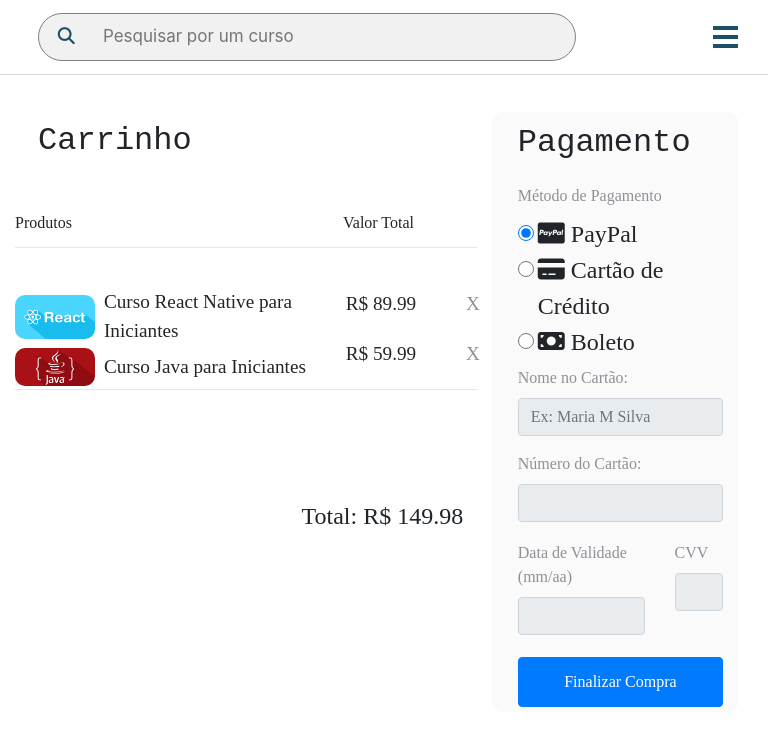
Repository: dudualtmann/Wissen
Page: Projeto Final2/WebContent/checkout.html
The author's editor kept a copy of each file at every save. The page is drawn from the files as they stood at one save, then again after the next save.
The browser window is 768 px wide. The pictures show the whole page.
Some web fonts or font styles are not loaded; a fallback is used. Some web libraries are served in a nearby version.

Above is the page before, as saved 2021-01-30 06:57:09.

### Projeto Final2/WebContent/checkout.html
<!doctype html>
<html lang="pt-br">
  <head>
    <title>Wissen | Checkout</title>
    <!-- Required meta tags -->
    <meta charset="ISO-8859-1">
    <meta name="viewport" content="width=device-width, initial-scale=1, shrink-to-fit=no">
    <link href="https://fonts.googleapis.com/css2?family=Bree+Serif&display=swap" rel="stylesheet">
    <link href="https://fonts.googleapis.com/css2?family=Big+Shoulders+Inline+Display:wght@600&display=swap" rel="stylesheet">
    <link rel="preconnect" href="https://fonts.gstatic.com">
    <link href="https://fonts.googleapis.com/css2?family=Major+Mono+Display&display=swap" rel="stylesheet">
    <link rel="stylesheet" href="css/style.css">
    <link rel="stylesheet" href="css/checkout.css">
    <script src="https://kit.fontawesome.com/b1b1442df1.js" crossorigin="anonymous"></script>
    <!-- Bootstrap CSS -->
    <link rel="stylesheet" href="https://stackpath.bootstrapcdn.com/bootstrap/4.3.1/css/bootstrap.min.css" integrity="sha384-ggOyR0iXCbMQv3Xipma34MD+dH/1fQ784/j6cY/iJTQUOhcWr7x9JvoRxT2MZw1T" crossorigin="anonymous">
  </head>
  <body>

    <header class="header-wissen">
        <nav class="menu-topo-wissen row">
        <div class="wis-menu col-sm-2">
            <a class="logo-wissen-a" href="index.html" title="Wissen - A Plataforma do Conhecimento">
                <img class="logo-wissen" src="images/labelwissen.png" alt="WISSEN">
            </a>
        </div>

        <nav class="menu-itens col-sm-6">
            <span class="nav-item"><a href="#">Categorias</a></span>
            <span class="span-search">
                <input type="text" placeholder="Pesquisar por um curso">
                <button type="submit"><i class="fa fa-search"></i></button>
            </span>
        </nav>

        <div class="login-box col-sm-4 pr-5">
            <a class="btn-cart" href="#" role="button" ><i class="fas fa-shopping-cart"></i></a>
            <a class="btn-heart" href="#" role="button" ><i class="fas fa-heart"></i></a>
            <a class="btn-cursos" href="#" role="button" >Meus Cursos</a>
            <a href="#"><i class="fas fa-user link-login-wissen login-svg" ></i></a>
        </div>
    </nav>
    <!-- Mobile -->
    <nav class="nav-mobile">


        <span class="span-search">
            <input type="text" placeholder="Pesquisar por um curso">
            <button type="submit"><i class="fa fa-search"></i></button>
        </span>



        <div class="burger">
            <div class="line1"></div>
            <div class="line2"></div>
            <div class="line3"></div>
        </div>

        <ul class="nav-links">
            <li class="nav-li1"><a href="#">Categorias</a></li>
            <li ><a class="btn-cart" href="#" role="button" ><i class="fas fa-shopping-cart"></i></a></li>
            <li ><a class="btn-heart" href="#" role="button" ><i class="fas fa-heart"></i></a></li>
            <li ><a class="btn-cursos" href="#" role="button" >Meus Cursos</a></li>
            <li><a href="#"><i class="fas fa-user link-login-wissen login-svg"></i></a></li>
            <li><a class="logo-wissen-a" href="home.html" title="Wissen - A Plataforma do Conhecimento">
                <img class="logo-wissen" src="images/labelwissen.png" alt="WISSEN">
            </a></li>
        </ul>
    </nav>
    </header>

    <main class="container-fluid">
        <form action="SvCadastroPedido" method="POST">
            <input type="hidden" name="id_cursos" id="id_cursos" value="">
            <input type="hidden" name="total-price" id="total-price" value="">

        <section class="row main-section">

        <div class="col-md-8 left-col">
            <p class="p-title">Carrinho</p>
            <div class="divider">
                <div class="div-products">
                    <div class="row labels">
                        <p class="col-md-8">Produtos</p>
                        <p class="col-md-4">Valor Total</p>
                    </div>
                    <hr>

                    <div class="courses row align-items-center">
                        <div class="col-md-8 item">
                            <img src="images/react.png" alt="">
                            <div class="p-text">Curso React Native para Iniciantes</div>
                        </div>
                        <div class="col-md-3">
                            <div class="p-text">R$ 89.99</div>
                        </div>
                        <div class="col-md-1"><button class="btn-x">X</button></div>
                        <input type="hidden" class="id-curso" value="2">
                    </div>

                    <div class="courses row align-items-center">
                        <div class="col-md-8 item">
                            <img src="images/java.png" alt="">
                            <div class="p-text">Curso Java para Iniciantes</div>
                        </div>
                        <div class="col-md-3">
                            <div class="p-text">R$ 59.99</div>
                        </div>
                        <div class="col-md-1"><button class="btn-x">X</button></div>
                        <input type="hidden" class="id-curso" value="1">
                    </div>

                    <hr>
                    <div class="total">
                        <p class="total-price">Total: R$ <span id="preco-total">149.98</span></p>
                    </div>

                </div>
            </div>
        </div>

        <div class="col-md-4 right-col">
            <p class="p-title">Pagamento</p>
            <div class="div-checkout">
                <label class="l-text">Método de Pagamento</label>
                <div class="form-check">
                    <label class="form-check-label">
                    <input type="radio" class="form-check-input" name="payment-method" id="" value="PayPal" checked>
                    <i class="fab fa-cc-paypal"></i> PayPal
                  </label>
                </div>
                <div class="form-check">
                    <label class="form-check-label">
                    <input type="radio" class="form-check-input" name="payment-method" id="" value="Cartão de Crédito">
                    <i class="fas fa-credit-card"></i> Cartão de Crédito
                  </label>
                </div>
                <div class="form-check">
                    <label class="form-check-label">
                    <input type="radio" class="form-check-input" name="payment-method" id="" value="Boleto">
                    <i class="fas fa-money-bill"></i> Boleto
                  </label>

                </div>
                <div class="form-group first-input">
                    <label class="l-text">Nome no Cartão:</label>
                    <input type="text"
                      class="form-control" name="name" id="" aria-describedby="helpId" placeholder="Ex: Maria M Silva" disabled>
                </div>
                <div class="form-group">
                    <label class="l-text">Número do Cartão:</label>
                    <input type="text"
                      class="form-control" name="name" id="" aria-describedby="helpId" placeholder="" disabled>
                </div>

                <div class="row">
                  <div class="form-group col-md-8">
                    <label class="l-text">Data de Validade (mm/aa)</label>
                    <input type="text"
                        class="form-control" name="" id="" aria-describedby="helpId" placeholder="" disabled>
                  </div>
                  <div class="form-group col-md-4">
                    <label class="l-text">CVV</label>
                    <input type="number"
                        class="form-control" name="" id="" aria-describedby="helpId" placeholder="" disabled>
                  </div>
                </div>

                <input name="" id="" class="btn btn-primary btn-finalizar" type="submit" value="Finalizar Compra">
            </div>
        </div>

    </section>
    </form>
    </main>





    <!-- Optional JavaScript -->

    <script src="https://ajax.googleapis.com/ajax/libs/jquery/3.5.1/jquery.min.js"></script>


    <!-- jQuery first, then Popper.js, then Bootstrap JS -->
    <script src="https://code.jquery.com/jquery-3.3.1.slim.min.js" integrity="sha384-q8i/X+965DzO0rT7abK41JStQIAqVgRVzpbzo5smXKp4YfRvH+8abtTE1Pi6jizo" crossorigin="anonymous"></script>
    <script src="https://cdnjs.cloudflare.com/ajax/libs/popper.js/1.14.7/umd/popper.min.js" integrity="sha384-UO2eT0CpHqdSJQ6hJty5KVphtPhzWj9WO1clHTMGa3JDZwrnQq4sF86dIHNDz0W1" crossorigin="anonymous"></script>
    <script src="https://stackpath.bootstrapcdn.com/bootstrap/4.3.1/js/bootstrap.min.js" integrity="sha384-JjSmVgyd0p3pXB1rRibZUAYoIIy6OrQ6VrjIEaFf/nJGzIxFDsf4x0xIM+B07jRM" crossorigin="anonymous"></script>
    <script src="js/nav.js"></script>
    <script src="js/checkout.js"></script>

  </body>
</html>

### Projeto Final2/WebContent/css/style.css
/* style.css */

/* --- Header ---- */

.menu-topo-wissen{
    width: 100%;
}

.logo-wissen{
    margin-left: 25px;
    width: 170px;
}

.header-wissen{
    height: 75px;
    position: fixed;
    top: 0;
    z-index: 120;
    background-color: #fff;
    width: 100%;
    display: flex;
    align-items: center;
    padding: 0;
    border-bottom: 1px solid #dadada;
    box-sizing: border-box;
}

.login-box{
    display: flex;
    flex: 0 0 auto;
    align-items: center;
    justify-content: flex-end;
}

.login-svg{
    width: 30px;
}

.btn-cadastrar{
    background: #D9E7EE;
    right: 25px;
    color: #1F4F66;
    top: 18px;
    padding: 13px 20px;
    border-radius: 26px;
    font-weight: 600;
    margin-right: 10px;
    cursor: pointer;
    text-decoration: none;
}

.menu-itens{
    display: flex;
    justify-content: flex-start;
    align-items: center;
    font-family: 'Bree Serif', serif;
}

.menu-itens span a{
    text-decoration: none;
    color: #1F4F66;
    font-size: 1.4rem;
}

.menu-itens span a:hover{
    color: #1f50669a;
}

.nav-item{
    margin-left: 5%;
}

.burger{
    display: none;
}

.burger div{
    width: 25px;
    height: 4px;
    background-color:  #1F4F66;
    margin: 5px;
}

.nav-links{
    font-family: 'Bree Serif', serif;
    list-style: none;
    color: #1F4F66;
    font-size: 1.4rem;
    display: none;
}

.nav-links a{
    color: #1F4F66;
    text-decoration: none;
}

.nav-links a:hover{
    color: #1f50669a;
    text-decoration: none;
}

.nav-mobile{
    display: none;
}

/* CSS da NAV de quanto está logado */

.btn-cart{
    color: #1F4F66;
    font-size: 25px;
    padding: 13px 20px;

}

.btn-heart{
    color: #1F4F66;
    font-size: 25px;
    padding: 13px 20px;
    border-radius: 26px;
    margin-right: 20px;
}

.login-box a:hover{
    color:  #1f50669a;
}

.span-search {
    border: 1px solid grey;
    background: #f1f1f1;
    border-radius: 25px;
    width: 100%;
    margin-left: 5%;
}

.span-search input{
    padding: 10px;
    font-size: 17px;
    border: none;
    width: 90%;
    background: transparent;
    outline: none;
}

.span-search button {
    width: 10%;
    padding: 10px;
    float: left;
    background-color: transparent;
    border: none;
    text-decoration: none;
    color: #1F4F66;
    font-size: 17px;
    border-left: none; /* Prevent double borders */
    cursor: pointer;
}

.btn-cursos{
    font-family: 'Bree Serif', serif;
    text-decoration: none;
    color: #1F4F66;
    font-size: 1.4rem;
    margin-right: 5%;
}

.btn-cursos:hover{
    text-decoration: none;
    color:  #1f50669a;
}

.login-svg{
    color: #1F4F66; font-size: 30px;

}

.cart-number{
    position: absolute;
    text-align: center;
    font-family: 'Bree Serif', serif;
    top: 15px;
    right: 327px;
    background-color: red;
    width: 20px;
    border-radius: 80%;
}

/* Footer */

.footer-wissen{
    width: 100vw;
    background-color: rgb(241, 241, 241);
}

.footer-slogan h1{
    color: black;
    font-family: 'Bree Serif', serif;
    font-size: 24px;
    font-weight: 600;
    line-height: 1.88;
}

.copyright p{
    color:  rgba(121, 121, 121, 0.7);
    font-family: Inter;
    font-size: 1.3rem;
    font-weight: 300;
}



@media screen and (max-width:848px){

    .nav-mobile{
        display: flex;
        justify-content: space-around;
        align-items: center;
    }

    .wis-menu{
        position: absolute;
        left: 0;
    }

    .menu-topo-wissen .wis-menu,.menu-topo-wissen .menu-itens, .menu-topo-wissen .login-box{
        display: none;
    }

    .burger{
        display: block;
        margin-right: 25px;
        cursor: pointer;
    }

    .nav-links{
        display: flex;
        position: absolute;
        right: 0px;
        height: 110vh;
        top: 75px;
        background-color:#fff;
        flex-direction: column;
        align-items: center;
        width: 100%;
        transition: transform 0.5s ease-in;
        transform: translateX(100%);
    }

    .nav-links li{
        padding: 20px;
        opacity: 0;
    }

    .nav-li1{
        margin-top: 20px;
    }

    .login-box{
        margin-left: 40%;
    }

    .span-search input{
        width: 80%;
    }

    .span-search{
        width: 70%;
        position: absolute;
        left: 0;
    }

    .btn-heart{
        margin-right: 0;
    }

    .btn-cursos{
        margin-right: 0;
    }



}

.nav-active{
    transform: translateX(0%);
}

@keyframes navLinkFade{
    from{
        opacity: 0;
        transform: translateX(50px);
    }
    to{
        opacity: 1;
        transform: translateX(0px);
    }
}

### Projeto Final2/WebContent/css/checkout.css
/* checkout.css */

*{
    margin: 0px;
    padding: 0px;
    box-sizing: border-box;
    text-decoration: none;

}

.main-section{
    margin-top: 75px;
    width: 100%;
    height: 100%;
}

.p-title{
    margin-top: 1%;
    font-size: 2.0rem;
    margin-left: 5%;
    font-family: 'Major Mono Display', monospace;
}

.left-col,.right-col{
    margin-top: 5%;
    height: 600px;
}

/* Left-col */

.div-products{
    font-family: 'Bree Serif', serif;
    width: 85%;
}

.labels{
    height: 20px;
}

.divider{
    width: 100%;
    margin-top: 3%;
    display: flex;
    justify-content: center;
}

.courses{
    margin-top: 2%;
    height: 50px;
}

.btn-x{
    background-color: #FFFFFF;
    border: none;
    width: 100%;
    font-size: 1.2rem;
    color: #8E9197;
}

.btn-x:hover{
    color: #c4c4c5;
}

.p-text{
    font-size: 1.2rem;
    margin-left: 3%;
}

.item{
    display: flex;
    align-items: center;
}

.item img{
    width: 80px;
    border-radius: 10px;
}

.total{
    display: flex;
    width: 100%;
    justify-content: flex-end;
}

.total-price{
    margin-right: 3%;
    font-size: 1.5rem;
}

/* Right-col */

.right-col{
    background-color: #FAFAFA;
    padding: 5px;
    border-radius: 10px;
}

.div-checkout{
    margin-top: 8%;
    margin-left: 5%;
    font-family: 'Bree Serif', serif;
}

.l-text{
    font-family: 'Bree Serif', serif;
    font-size: 1.0rem;
    color: #8E9197;
}

.form-check-label{
    font-size: 1.5rem;
}

.form-check-input{
    height: 1.5rem;
    width: 1rem;
}

.form-group{
    margin-top: 1%;
}

.first-input{
    margin-top: 3%;
}

.btn-finalizar{
    margin-top: 3%;
    width: 100%;
    height: 50px;
}

@media screen and (max-width: 768px){
	.div-products{
    width: 100%;
}

.total-price{
	margin-top: 20%;
}

.item{
	margin-top: 5%;
}

.btn-x{
	width:5%;
}

.divider{
	margin-top:10%;
}
	}

### Projeto Final2/WebContent/js/nav.js
// nav.js
const navSlide = () =>{
    const burger = $('.burger').get(0);
    const nav = $('.nav-links').get(0);
    const navLinks = document.querySelectorAll('.nav-links li');
    const navLinks2 = $('nav-links li');


    burger.addEventListener('click', () => {
        // Toggle Nav
        nav.classList.toggle('nav-active');
        // Animated Links
        navLinks.forEach((link,index) => {
        if(link.style.animation){
            link.style.animation = '';
        }
        else{
            link.style.animation =  `navLinkFade 0.5s ease forwards ${index/5+0.5}s`;
        }

    });
    });

    $(document).on('click', '.nav-links li a', function(){
        // Toggle Nav
        nav.classList.toggle('nav-active');
        // Animated Links
        navLinks.forEach((link,index) => {
        if(link.style.animation){
            link.style.animation = '';
        }
        else{
            link.style.animation =  `navLinkFade 0.5s ease forwards ${index/5+0.5}s`;
        }

    });
    })





}

navSlide();

### Projeto Final2/WebContent/js/checkout.js
// checkout.js

$(document).ready(function(){
    var divCursos = $(".id-curso");
    let idCursos = "";



    for(i = 0; i < divCursos.length;i++){
        if(divCursos.eq(i).val() != undefined){
            if(i >= 1)
            idCursos += "," + divCursos.eq(i).val();
            else
            idCursos = divCursos.eq(0).val();
        }

    }

$('#id_cursos').val(idCursos);

$('#total-price').val($('#preco-total').text());

})

var carrinho = $('.cart-number').text();

$(document).on('click', '.btn-x', function() {
    let id = $(this).parent().parent().find("input").val();
    let parentDiv = $(this).parent().parent();
    let coursePrice = $(this).parent().parent().find(".col-md-3 .p-text .course-price").text();
    $.ajax({url:"SvRemoveCarrinho", data: {idCurso:id},type: "post", success: function(responseText) {
        if(responseText == "ok"){
            // Curso removido do carrinho com sucesso
            carrinho -= 1;
            $('.cart-number').text(carrinho).show();

            console.log(coursePrice + " Course-price");
            let totalPrice = $('#total-price').val();
            console.log(totalPrice + " total price");
            totalPrice -= coursePrice;
            $('#total-price').val(totalPrice);
            $('#preco-total').text(totalPrice)
            parentDiv.remove();
        } else{
            // Erro ao adicionar curso no carrinho
            alert('erro: '+responseText);
        }

    }});
});

$(document).on('change', "#credit-card",function(){
	if($(this).prop("checked")){
		$('.card-info').prop("disabled",false);
	}
});

$(document).on('change', '#paypal, #boleto',function(){
	if($(this).prop("checked")){
		$('.card-info').prop("disabled",true);
	}
});

After the next save:
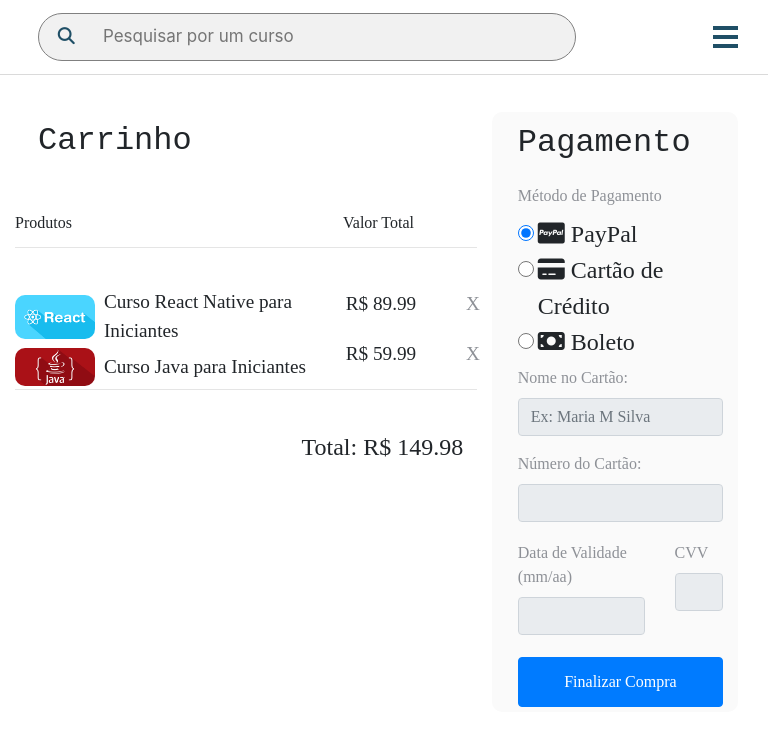
Saved 9 s later.
--- a/Projeto Final2/WebContent/css/checkout.css
+++ b/Projeto Final2/WebContent/css/checkout.css
@@ -136,7 +136,7 @@
 }
 
 .total-price{
-	margin-top: 20%;
+	margin-top: 5%;
 }
 
 .item{
